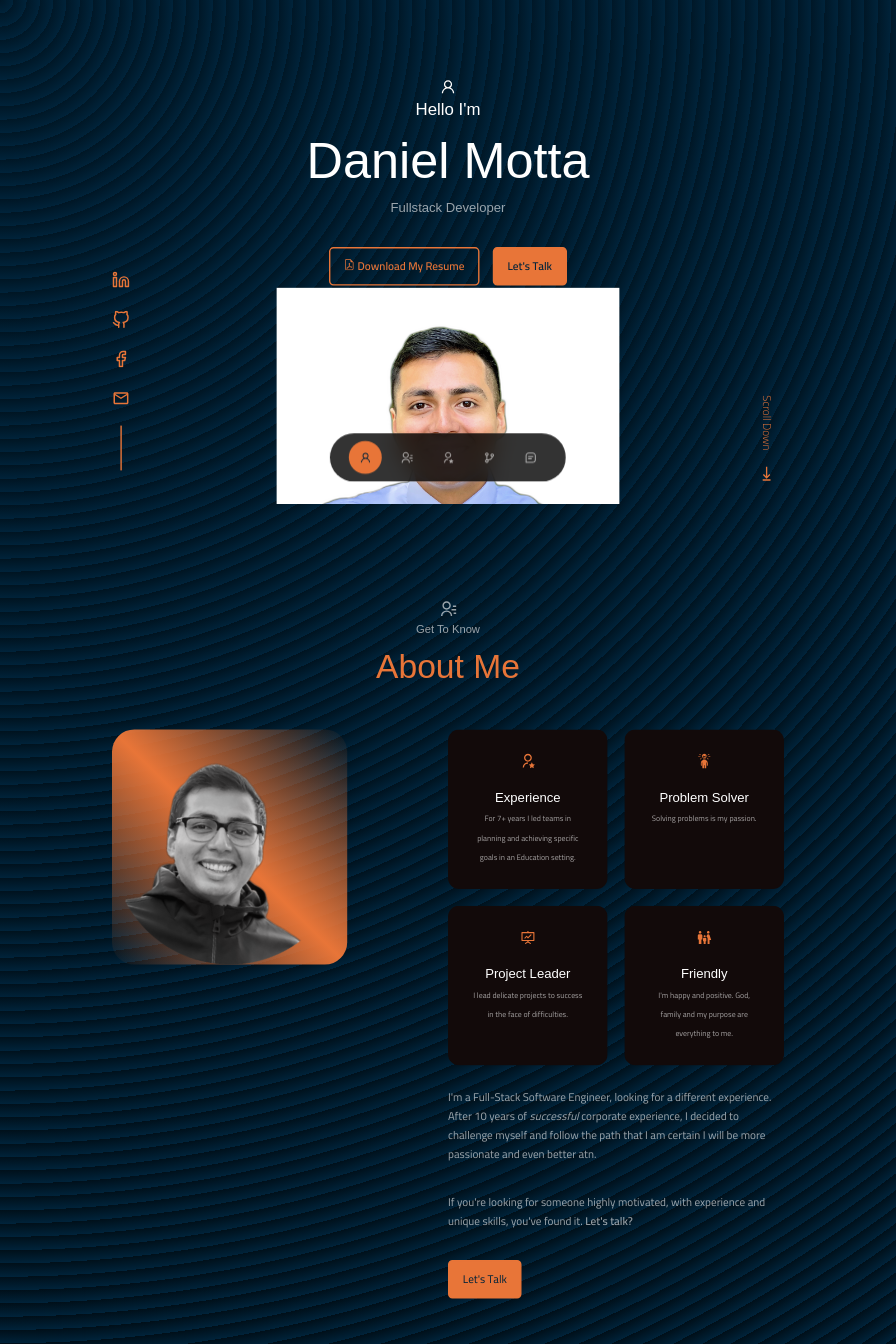
Repository: mottad14/dani_portfolio
Page: /
These files come from the project's save history. The page is drawn as it stood at one moment and after the next save; the edit follows.
The browser window is 1280 px wide. The pictures show the part of the page from y = 0 to 1920 px (the page is 5385 px tall before and 5382 px after), at 70% of full size.
The project was rebuilt for these pictures with package versions that can differ from the ones it lists, and the page was loaded fresh each time. Also part of the build but not shown: src/components/services/services.css, src/components/services/Services.jsx, src/components/testimonials/testimonials.css. Imported but missing from the stored project, and not drawn on this page: src/components/assets/cv.pdf.

Above is the page before, as saved 2022-08-17 14:42:15.

### src/index.css
@import url("https://fonts.googleapis.com/css2?family=Cairo:wght@300;400;500;600&display=swap");

* {
  margin: 0;
  padding: 0;
  border: 0;
  outline: 0;
  box-sizing: border-box;
  list-style: none;
  text-decoration: none;
}

:root {
  --color-bg: #00233A;
  --color-bg-variant: #120a0a;
  --color-primary: #E87538;
  --color-primary-variant: #ee9a6d;
  --color-white: #fff;
  --color-light: rgba(255, 255, 255, 0.6);

  --transition: all 400ms ease;

  --container-width-lg: 75%;
  --container-width-md: 86%;
  --container-width-sm: 90%;
}

html {
  scroll-behavior: smooth;
}

::-webkit-scrollbar {
  display: none;
}

body {
  font-family: 'Cairo', sans-serif;
  color: var(--color-white);
  line-height: 1.7;
  /* background: var(--color-bg);
  background-image: url(../src/assets/bg-texture.png); */
  /* background-color: #023047; */
  /* background-image: url("data:[embedded picture, 4668 characters]");
background-attachment: fixed;
background-size: cover; */
  /* background-color: #023047;
  background-image: url("data:[embedded picture, 4246 characters]");
  background-attachment: fixed;
  background-size: cover; */
  background-color: #00233a;
opacity: 1;
background-image:  repeating-radial-gradient( circle at 0 0, transparent 0, #00233a 19px ), repeating-linear-gradient( #00000055, #000000 );
}


/* ============== GENERAL STYLES ============== */
.container {
  width: var(--container-width-lg);
  margin: 0 auto;
}

h1,
h2,
h3,
h4,
h5 {
  font-weight: 500;
  font-family: 'gumelaregular', sans-serif;
}

h1 {
  font-size: 4.5rem;
}

section {
  margin-top: 8rem;
}

section>h2,
section>h4 {
  text-align: center;
  color: var(--color-light);
}

section>h2 {
  color: var(--color-primary);
  margin-bottom: 3rem;
  font-size: 3rem;
}

.text-light {
  color: var(--color-light);
}

a {
  color: var(--color-primary);
  transition: var(--transition);
}

a:hover {
  color: var(--color-white);
}

.btn {
  width: max-content;
  display: inline-block;
  color: var(--color-primary);
  padding: 0.75rem 1.2rem;
  border-radius: 0.4rem;
  cursor: pointer;
  border: 2px solid var(--color-primary);
  transition: var(--transition);
}

.btn:hover {
  background: var(--color-white);
  color: var(--color-bg);
  border-color: transparent;
}

.btn-primary {
  background: var(--color-primary);
  color: var(--color-bg);
}

img {
  display: block;
  width: 100%;
  object-fit: cover;
}

/* ================ MEDIA QUERIES (MEDIUM DEVICES) ================= */
@media screen and (max-width: 1024px) {
  .container {
    width: var(--container-width-md);
  }

  section {
    margin-top: 6rem;
  }
}

/* ================ MEDIA QUERIES (SMALL DEVICES) ================= */
@media screen and (max-width: 600px) {
  .container {
    width: var(--container-width-sm);
  }

  section>h2 {
    margin-bottom: 2rem;
  }
}

### src/components/header/Header.jsx
import React from 'react'
import './header.css'
import CTA from './CTA'
import ME from '../assets/eu-landgradientcrop.png'
import HeaderSocial from './HeaderSocials'
import {AiOutlineUser} from 'react-icons/ai'
import { CgPushRight } from 'react-icons/cg';

const Header = () => {
  return (
	    <header>
			<div className='container header__container'>
				<div className='header-name-wrapper'>
					<h2 style={{lineHeight:'0rem',fontSize:'1.5rem'}}><AiOutlineUser/></h2>
					<h2 className='hello'>Hello I'm</h2>
					<h1 className='myname'>Daniel Motta</h1>
					<h3 className='full-stack text-light'>Fullstack Developer</h3>
				</div>
				<CTA />
				<HeaderSocial />

				<div className='me'>
					<img src={ME} alt='me' />
				</div>

				<div className='scrolldownflex'>
					<a href='#contact' className='scroll__down'>
						<span>Scroll Down</span> <CgPushRight style={{fontSize: '1.4rem'}}/>
					</a>
				</div>
			</div>
		</header>
	);
}

export default Header

### src/components/nav/Nav.jsx
import React from 'react'
import './nav.css'
import {AiOutlineUser} from 'react-icons/ai'
import {RiContactsLine, RiUserStarLine} from 'react-icons/ri'
import {BiMessageSquareDetail, BiGitBranch, } from 'react-icons/bi'
import {useState} from 'react'

const Nav = () => {
  const [activeNav, setActiveNav] = useState('#')
  return (
    <nav>
      <a href="#" onClick={() => setActiveNav('#')} className={activeNav === '#' ? 'active' : ''}><AiOutlineUser/></a>
      <a href="#about" onClick={() => setActiveNav('#about')} className={activeNav === '#about' ? 'active' : ''}><RiContactsLine/></a>
      <a href="#experience" onClick={() => setActiveNav('#experience')} className={activeNav === '#experience' ? 'active' : ''}><RiUserStarLine/></a>
      <a href="#portfolio" onClick={() => setActiveNav('#portfolio')} className={activeNav === '#portfolio' ? 'active' : ''}><BiGitBranch/></a>
      <a href="#contact" onClick={() => setActiveNav('#contact')} className={activeNav === '#contact' ? 'active' : ''}><BiMessageSquareDetail/></a>
    </nav>
  )
}

export default Nav

### src/components/about/About.jsx
import React from 'react'
import './about.css'
import ME from '../assets/me-about2.png'
import {GiSmart, GiTeamUpgrade} from 'react-icons/gi'
import {RiUserStarLine,RiContactsLine} from 'react-icons/ri'
import {AiOutlineFundProjectionScreen} from 'react-icons/ai'
import {MdOutlineFamilyRestroom} from 'react-icons/md'

const About = () => {
  return (
    <section id='about'>
      <h2 style={ { lineHeight: '0rem', fontSize: '1.5rem', color: 'rgba(255, 255, 255, 0.6)', marginBottom: '0.2rem', paddingTop: '10px' } }><RiContactsLine/></h2>
      <h4>Get To Know</h4>
      <h2>About Me</h2>

      <div className="container about__container">
        <div className="about__me">
          <div className="about__me-image">
            <img src={ME} alt="About Image" />
          </div>
        </div>

        <div className="about__content">
          <div className="about__cards">
            <article className='about__card'>
              <RiUserStarLine className='about__icon'/>
              <h3>Experience</h3>
              <small> For 7+ years I led teams in planning and achieving specific goals in an Education setting.</small>
            </article>

            <article className='about__card'>
              <GiSmart className='about__icon'/>
              <h3>Problem Solver</h3>
              <small>Solving problems is my passion.</small>
            </article>

            <article className='about__card'>
              <AiOutlineFundProjectionScreen className='about__icon'/>
              <h3>Project Leader</h3>
              <small>I lead delicate projects to success in the face of difficulties.</small>
            </article>
            <article className='about__card'>
              <MdOutlineFamilyRestroom className='about__icon'/>
              <h3>Friendly</h3>
              <small>I'm happy and positive.  God, family and my purpose are everything to me.</small>
            </article>
          </div>

          <p>

          I'm a Full-Stack Software Engineer, looking for a different experience. After 10 years of <em>successful</em> corporate experience, I decided to challenge myself and follow the path that I am certain I will be more passionate and even better atn.
          </p>
          <p>
          If you're looking for someone highly motivated, with experience and unique skills, you've found it. <b>Let's talk?</b>
          </p>

          <a href="#contact" className='btn btn-primary'>Let's Talk</a>
        </div>
      </div>
    </section>
  )
}

export default About

### src/components/testimonials/Testimonials.jsx
import React from 'react'
import './testimonials.css'
//Import all the images here ()


import 'swiper/css';
import 'swiper/css/pagination'


const Testimonials = () => {
  return (
    <div>Testimonials</div>
  )
}

export default Testimonials

### src/components/contact/Contact.jsx
import React from 'react'
import './contact.css'
import {MdOutlineEmail} from 'react-icons/md'
import {RiMessengerLine, RiMailSendLine} from 'react-icons/ri'
import { BsWhatsapp } from 'react-icons/bs'
import {BiMessageSquareDetail} from 'react-icons/bi'
import { useRef } from 'react';
import emailjs from 'emailjs-com'

const Contact = () => {
  const form = useRef();

  const sendEmail = (e) => {
    e.preventDefault();

    emailjs.sendForm('danny_motta', 'template_4kgjp9o', form.current, 'gMA-AbSRzbGp9wdKM')

    e.target.reset()
  };

  return (
    <section id='contact'>
      <h2 style={{lineHeight:'0rem',fontSize:'1.5rem', color: 'rgba(255, 255, 255, 0.6)',marginBottom:'0.2rem',paddingTop:'10px'}}><BiMessageSquareDetail/></h2>
      <h4>Get In Touch</h4>
      <h2>Contact Me</h2>

      <div className="container contact__container">
        <div className="contact__options">
          <article className="contact__option">
            <MdOutlineEmail className='contact__option-icon'/>
            <h4>Email</h4>
            <h5>mottad14@gmail.com</h5>
            <a href="mailto:mottad14@gmail.com" target="_blank">Send a message</a>
          </article>
          <article className="contact__option">
            <RiMessengerLine className='contact__option-icon'/>
            <h4>Messenger</h4>
            <h5>Danny Motta</h5>
            <a href="https://m.me/mottad14" target="_blank">Send a message</a>
          </article>
          <article className="contact__option">
            <BsWhatsapp className='contact__option-icon'/>
            <h4>WhatsApp</h4>
            <h5></h5>
            <a href="https://api.whatsapp.com/send?phone=18479029049" target="_blank">Send a message</a>
          </article>
        </div>
        {/* END OF CONTACT OPTIONS */}
        <form ref={form} onSubmit={sendEmail}>
          <input type="text" name='name' placeholder='Your Full Name' required />
          <input type="email" name='email' placeholder='Your Email' required />
          <textarea name="message" rows="7" placeholder='Your Message' required ></textarea>
          <button type='submit' className='btn btn-primary'>Send Message <RiMailSendLine style={{fontSize:'1rem', verticalAlign: 'bottom', marginLeft:'8px'}}/></button>
        </form>
      </div>
    </section>
  )
}

export default Contact

### src/components/footer/Footer.jsx
import React from 'react'
import './footer.css'
import {FaFacebookF} from 'react-icons/fa'
import {FiInstagram} from 'react-icons/fi'
import {IoLogoTwitter} from 'react-icons/io'

const Footer = () => {
  return (
    <footer>
      <a href="#" className='footer__logo'>Daniel Motta</a>

      <ul className='permalinks'>
        <li><a href="#">Home</a></li>
        <li><a href="#about">About</a></li>
        <li><a href="#experience">Experience</a></li>
        <li><a href="#services">Services</a></li>
        <li><a href="#portfolio">Portfolio</a></li>
        <li><a href="#testimonials">Testimonials</a></li>
        <li><a href="#contact">Contact</a></li>
      </ul>

      <div className="footer__socials">
        <a href="https://facebook.com"><FaFacebookF/></a>
        <a href="https://instagram.com"><FiInstagram/></a>
        <a href="https://twitter.com"><IoLogoTwitter/></a>
      </div>

    </footer>
  )
}

export default Footer

### src/components/header/header.css
header {
  height: 100vh;
  padding-top: 7rem;
  overflow: hidden;
}

.header__container {
  text-align: center;
  height: 100%;
  position: relative;
}

h2.hello {
  /* opacity: 0.75; */
  margin-bottom: 0rem;
}

h1.myname {
  line-height: 6.5rem;
}
/* =============== CTA - Call To Action  ============== */
.cta {
  margin-top: 2.5rem;
  display: flex;
  gap: 1.2rem;
  justify-content: center;
  font-weight: 700;
}

/* =============== HEADER SOCIALS ============== */
.header__socials {
  display: flex;
  flex-direction: column;
  align-items: center;
  gap: 0.8rem;
  position: absolute;
  left: 0;
  bottom: 3rem;
}
.header__socials a {
  font-size: 1.6rem;
  transition: all ease-out 1s;
}

/* =============== HEADER SOCIALS: HOVER ============== */
.header__socials a:hover {
  transform: scale(1.2);
  transition: all ease 0.2s;
}

.header__socials::after {
  content: "";
  width: 2px;
    height: 4rem;
  background: var(--color-primary);
}

/* =============== ME ============== */
.me {
  background: linear-gradient(var(--color-primary), transparent);
  width: 21rem;
  height: 25rem;
  position: absolute;
  left: 50%;
  transform: translateX(-50%);
  margin-top: 6.5rem;
  border-radius: 12rem 12rem 0 0;
  /* overflow: hidden; */
  overflow-y: visible;
  padding: 0rem 1.5rem 1.5rem 1.5rem;
}

/* =============== ME: IMG ============== */

.me img{
  transform: scale(1.7);
}
.me img:after {
  content: "";
  width: 100px;
  height: 50px;
  position: absolute;
  top: 0;
  right: 0;
  background: linear-gradient(90deg, rgba(255,255,255,0), rgba(255,255,255,1));
}

/* =============== SCROLL DOWN ============== */
.scroll__down {
  position: absolute;
  right: -2.3rem;
  bottom: 5rem;
  transform: rotate(90deg);
  font-weight: 300;
  font-size: 1rem;
}
.scrolldownflex a {
  transition: all ease-out 1s;
  transform: rotate(90deg);
  display: flex;
  justify-content: space-between;
  align-items: center;
  gap: 1.4rem;
}

.scrolldownflex a:hover{
  transform: scale(1.1);
  transform: rotate(90deg) scale(1.05);
  transition: all ease-out .2s;
}

/* ================ MEDIA QUERIES (MEDIUM DEVICES) ================= */
@media screen and (max-width: 1024px) {
  header {
    height: 68vh;
  }
}

/* ================ MEDIA QUERIES (SMALL DEVICES) ================= */
@media screen and (max-width: 600px) {
  header {
    height: 94vh;
    /* added after tutorial */
    padding-top: 4rem;
  }

  .header__socials,
  .scroll__down, .scrolldownflex {
    display: none;
  }

  /* added after tutorial */
  .me {
    width: 94%;
    max-width: 18rem;
    margin-top: 4rem;
    justify-content: center;
  }
  h1.myname {
    line-height: 4.3rem;
  }

  /* added after tutorial */
  .cta {
    margin-top: 1.7rem;
    gap: 1rem;
  }
}

### src/components/header/CTA.jsx
import React from 'react'
import CV from '../assets/cv.pdf'
import {BsFileEarmarkPdf} from 'react-icons/bs'

const CTA = () => {
  return (
    <div className='cta'>
        <a href={CV} download className='btn cv-span'><span className='cv-icon'><BsFileEarmarkPdf/></span> <span>Download My Resume</span></a>
        <a href="#contact" className='btn btn-primary'>Let's Talk</a>
    </div>
  )
}

export default CTA

### src/components/header/HeaderSocials.jsx
import React from 'react'
import {MdOutlineEmail} from 'react-icons/md'
import {FiFacebook,FiLinkedin,FiGithub} from 'react-icons/fi'

const HeaderSocials = () => {
  return (
    <div className='header__socials'>
        <a href="https://www.linkedin.com/in/mottad14/" target="_blank"><FiLinkedin/></a>
        <a href="https://github.com/mottad14" target="_blank"><FiGithub/></a>
        <a href="https://www.facebook.com/mottad14" target="_blank"><FiFacebook/></a>
        <a href="#contact"><MdOutlineEmail/></a>
    </div>
  )
}

export default HeaderSocials

### src/components/nav/nav.css
nav {
  background: rgba(0, 0, 0, 0.8);
  width: max-content;
  display: block;
  padding: 0.7rem 1.7rem;
  z-index: 2;
  position: fixed;
  left: 50%;
  transform: translateX(-50%);
  bottom: 2rem;
  display: flex;
  gap: 0.8rem;
  border-radius: 3rem;
  backdrop-filter: blur(15px);
}

nav a {
  background: transparent;
  padding: 0.9rem;
  border-radius: 50%;
  display: flex;
  color: var(--color-light);
  font-size: 1.1rem;
}

nav a:hover {
  background: rgba(0, 0, 0, 0.3);
}

nav a.active {
  background: var(--color-primary);
  color: var(--color-bg);
}

### src/components/about/about.css
.about__container {
  display: grid;
  grid-template-columns: 35% 50%;
  gap: 15%;
}

.about__me {
  width: 100%;
  aspect-ratio: 1/1;
  border-radius: 2rem;
  background: linear-gradient(45deg,
      transparent,
      var(--color-primary),
      transparent);
  display: grid;
  place-items: center;
}

.about__me-image {
  border-radius: 2rem;
  overflow: hidden;
  transform: rotate(10deg);
  transition: var(--transition);
}

.about__me-image:hover {
  transform: rotate(-2deg);
}

.about__cards {
  display: grid;
  grid-template-columns: repeat(2, 1fr);
  gap: 1.5rem;
}

.about__card {
  background: var(--color-bg-variant);
  border: 2px solid transparent;
  border-radius: 1rem;
  padding: 2rem;
  text-align: center;
  transition: var(--transition);
}

.about__card:hover {
  background: #00000070;
  border-color: var(--color-primary-variant);
  cursor: default;
}

.about__icon {
  color: var(--color-primary);
  font-size: 1.4rem;
  margin-bottom: 1rem;
}

.about__card h5 {
  font-size: 0.95rem;
}

.about__card small {
  font-size: 0.7rem;
  color: var(--color-light);
}

.about__content p {
  margin: 2rem 0 2.6rem;
  color: var(--color-light);
}

/* ================ MEDIA QUERIES (MEDIUM DEVICES) ================= */
@media screen and (max-width: 1024px) {
  .about__container {
    grid-template-columns: 1fr;
    gap: 0;
  }

  .about__me {
    width: 50%;
    margin: 2rem auto 4rem;
  }

  .about__content p {
    margin: 1rem 0 1.5rem;
  }
}

/* ================ MEDIA QUERIES (SMALL DEVICES) ================= */
@media screen and (max-width: 600px) {
  .about__me {
    width: 65%;
    margin: 0 auto 3rem;
  }

  .about__cards {
    grid-template-columns: 1fr 1fr;
    gap: 1rem;
  }

  .about__content {
    text-align: center;
  }

  .about__content p {
    margin: 1.5rem 0;
  }
}

### src/components/experience/experience.css
.experience__container {
  display: grid;
  grid-template-columns: 1fr 1fr;
  gap: 2rem;
}

.experience__container > div {
  background: var(--color-bg-variant);
  padding: 2.4rem 5rem;
  border-radius: 2rem;
  border: 1px solid transparent;
  transition: var(--transition);
}

.experience__container > div:hover {
  background: #00000070;
  border-color: var(--color-primary-variant);
  cursor: default;
}

.experience__container > div h3 {
  text-align: center;
  margin-bottom: 2rem;
  color: var(--color-primary);
}

.experience__content {
  display: grid;
  grid-template-columns: 1fr 1fr;
  row-gap: 2rem;
}

.experience__details {
  display: flex;
  gap: 1rem;
}

.experience__details-icon {
  margin-top: 6px;
  color: var(--color-primary);
}

/* ================ MEDIA QUERIES (MEDIUM DEVICES) ================= */
@media screen and (max-width: 1024px) {
  .experience__container {
    grid-template-columns: 1fr;
  }

  .experience__container > div {
    width: 80%;
    padding: 2rem;
    margin: 0 auto;
  }

  .experience__content {
    padding: 1rem;
  }
}

/* ================ MEDIA QUERIES (SMALL DEVICES) ================= */
@media screen and (max-width: 600px) {
  .experience__container {
    gap: 1rem;
  }

  .experience__container > div {
    width: 100%;
    padding: 2rem 1rem;
  }
}

### src/components/portfolio/portfolio.css
.portfolio__container {
  display: grid;
  grid-template-columns: repeat(3, 1fr);
  gap: 2.5rem;
}

.portfolio__item {
  background: var(--color-bg-variant);
  padding: 1.2rem;
  border-radius: 2rem;
  border: 2px solid transparent;
  transition: var(--transition);
}

.portfolio__item:hover {
  border-color: var(--color-primary-variant);
  background: #00000070;
}

.portfolio__item-image {
  border-radius: 1.5rem;
  overflow: hidden;
  aspect-ratio: 9/6;
}

.portfolio__item h3 {
  margin: 1.2rem 0 2rem;
}

.portfolio__item-cta {
  display: flex;
  gap: 1rem;
  margin-bottom: 1rem;
}

/* ================ MEDIA QUERIES (MEDIUM DEVICES) ================= */
@media screen and (max-width: 1024px) {
  .portfolio__container {
    grid-template-columns: 1fr 1fr;
    gap: 1.2rem;
  }
}

/* ================ MEDIA QUERIES (SMALL DEVICES) ================= */
@media screen and (max-width: 600px) {
  .portfolio__container {
    grid-template-columns: 1fr;
    gap: 1rem;
  }
}

### src/components/contact/contact.css
.container.contact__container {
  width: 58%;
  display: grid;
  grid-template-columns: 30% 58%;
  gap: 12%;
}

.contact__options {
  display: flex;
  flex-direction: column;
  gap: 1.2rem;
}

.contact__option {
  background: var(--color-bg-variant);
  padding: 1.2rem;
  border-radius: 1.2rem;
  text-align: center;
  border: 2px solid transparent;
  transition: var(--transition);
}

.contact__option:hover {
  background: #00000070;
  border-color: var(--color-primary-variant);
}

.contact__option-icon {
  font-size: 1.5rem;
  margin-bottom: 0.5rem;
}

.contact__option h5 {
  color: var(--color-light);
}

.contact__option a {
  margin-top: 0.7rem;
  display: inline-block;
  font-size: 0.8rem;
}

/* ================= FORM ================== */
form {
  display: flex;
  flex-direction: column;
  gap: 1.2rem;
}

input,
textarea {
  width: 100%;
  padding: 1.5rem;
  border-radius: 0.5rem;
  background: transparent;
  border: 2px solid var(--color-primary-variant);
  resize: none;
  color: var(--color-white);
  font-size: 1rem;
}
/* INput text area place holder*/
input::placeholder,
textarea::placeholder {
  color: var(--color-primary-variant);
}

/* ================ MEDIA QUERIES (MEDIUM DEVICES) ================= */
@media screen and (max-width: 1024px) {
  .container.contact__container {
    grid-template-columns: 1fr;
    gap: 2rem;
  }
}

/* ================ MEDIA QUERIES (SMALL DEVICES) ================= */
@media screen and (max-width: 600px) {
  .container.contact__container {
    width: var(--container-width-sm);
  }
}

### src/components/footer/footer.css
footer{
    background: var(--color-primary);
    padding: 3rem 0;
    text-align: center;
    font-size: 0.9rem;
    margin-top: 7rem;
}

footer a {
    color: var(--color-bg);

}

.footer__logo{
    font-size: 2rem;
    font-weight: 500;
    margin-bottom: 2rem;
    display: inline-block;
}

.permalinks {
    display: flex;
    flex-wrap: wrap;
    justify-content: center;
    gap: 2rem;
    margin: 0 auto 3rem;
}

.footer__socials {
    display: flex;
    justify-content: center;
    gap: 1rem;
    margin-bottom: 4rem;
}

.footer__socials a {
    background: var(--color-bg);
    color: var(--color-white);
    padding: 0.8rem;
    border-radius: 0.7rem;
    display: flex;
    border: 1px solid transparent;
}

.footer__socials a:hover {
    background-color: transparent;
    color: var(--color-bg);
    border-color: var(--color-bg);
}




/* ================ MEDIA QUERIES (SMALL DEVICES) ================= */
@media screen and (max-width: 600px) {

    .permalinks{
        flex-direction: column;
        gap: 1.5rem;
    }

    .footer__socials{
        margin-bottom: 2.6rem;
    }

}

Loaded but not shown: src/index.js (common file); src/App.js (29 lines, source omitted); src/components/experience/Experience.jsx (144 lines, source omitted); src/components/portfolio/Portfolio.jsx (106 lines, source omitted)

After the next save:
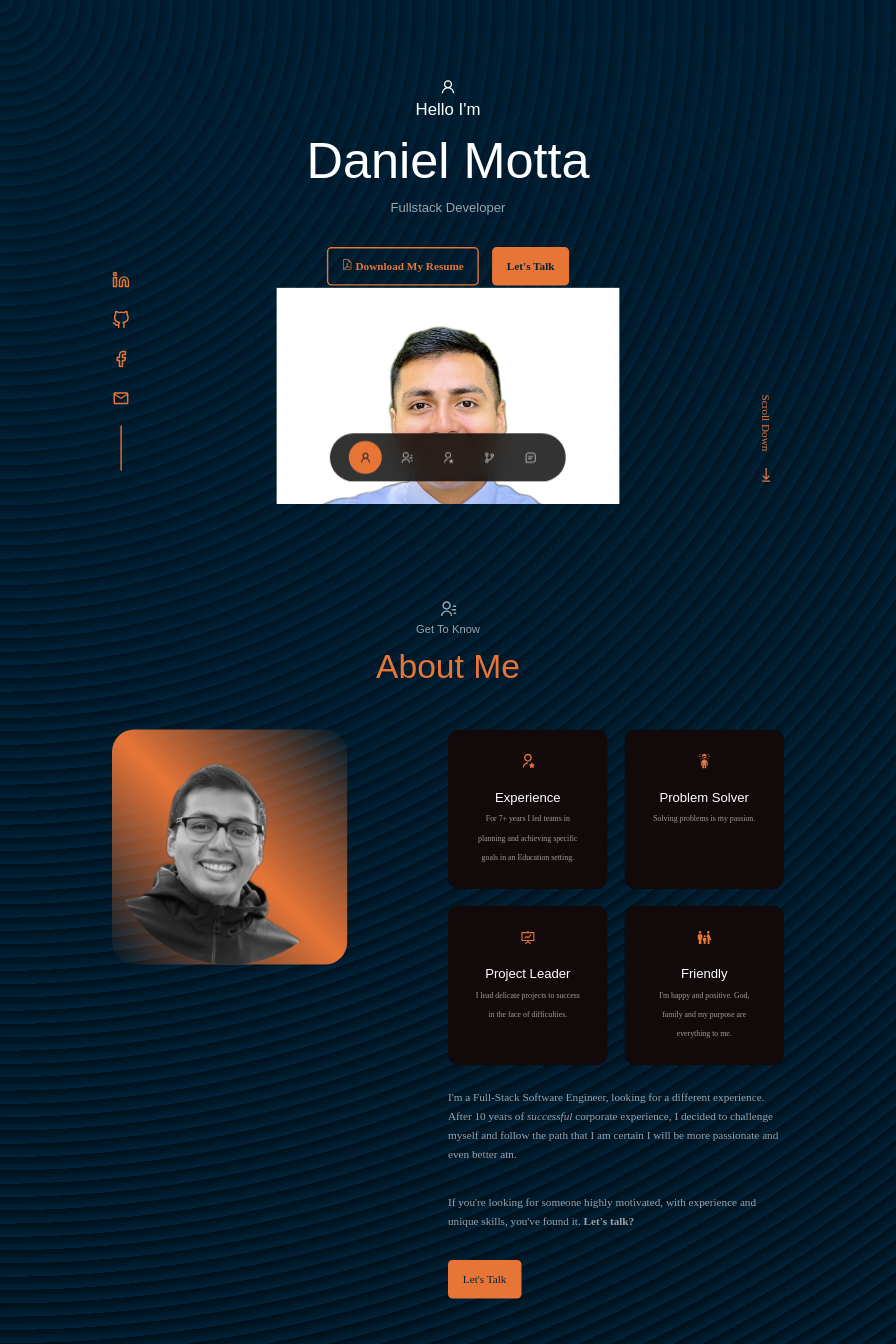
Saved 13 s later.
--- a/src/index.css
+++ b/src/index.css
@@ -1,4 +1,3 @@
-@import url("https://fonts.googleapis.com/css2?family=Cairo:wght@300;400;500;600&display=swap");
 
 * {
   margin: 0;
@@ -34,7 +33,6 @@
 }
 
 body {
-  font-family: 'Cairo', sans-serif;
   color: var(--color-white);
   line-height: 1.7;
   /* background: var(--color-bg);
